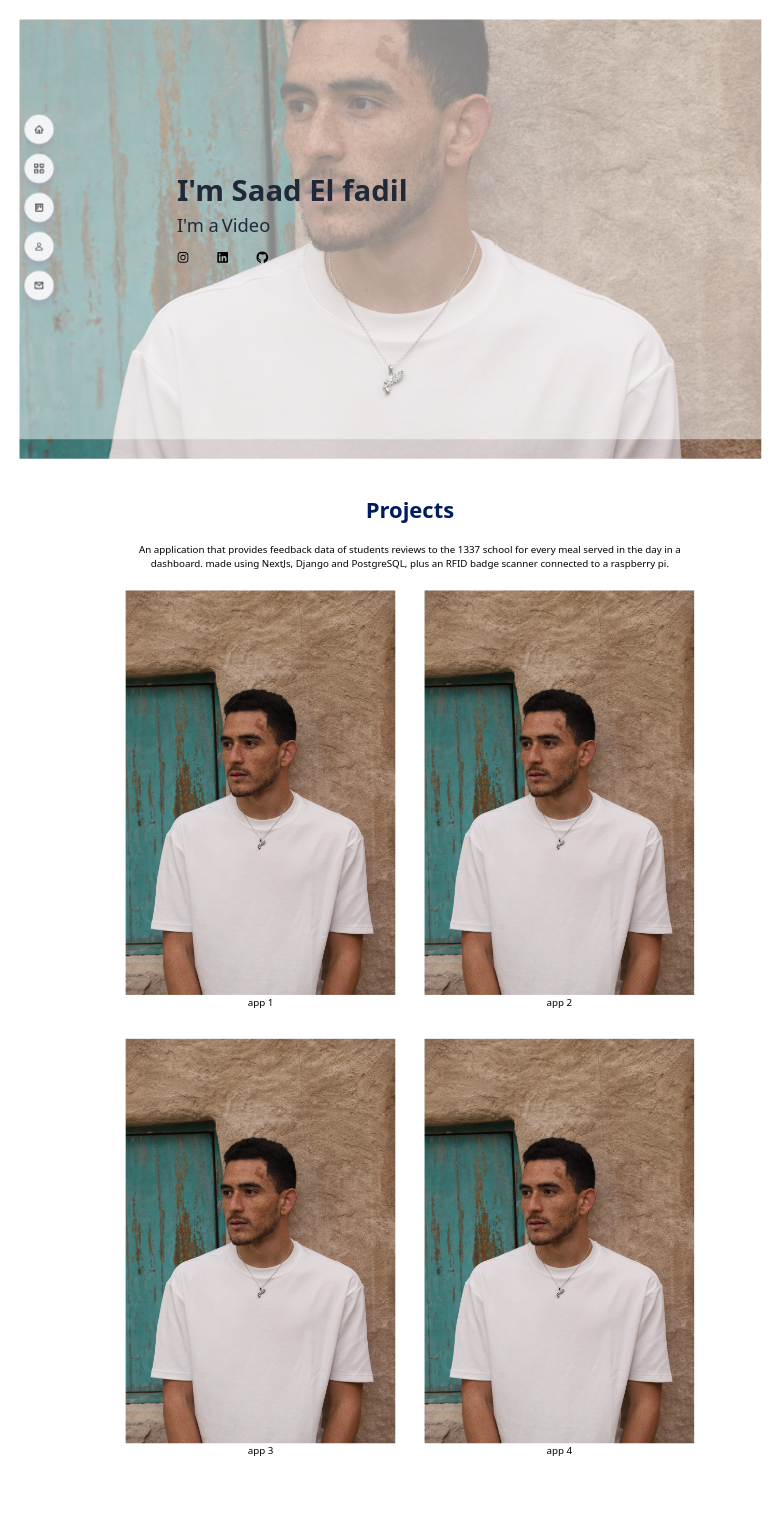
Repository: Saadelfadil/saadelfadil.github.io
Page: /
The author's editor kept a copy of each file at every save. The page is drawn from the files as they stood at one save, then again after a run of saves.
The browser window is 1280 px wide. The pictures show the whole page, at 61% of full size.
The project was rebuilt for these pictures with package versions that can differ from the ones it lists, and the page was loaded fresh each time. Also part of the build but not shown: vite.config.js.

Above is the page before, as saved 2023-02-26 18:03:34.

After the next 3 saves:
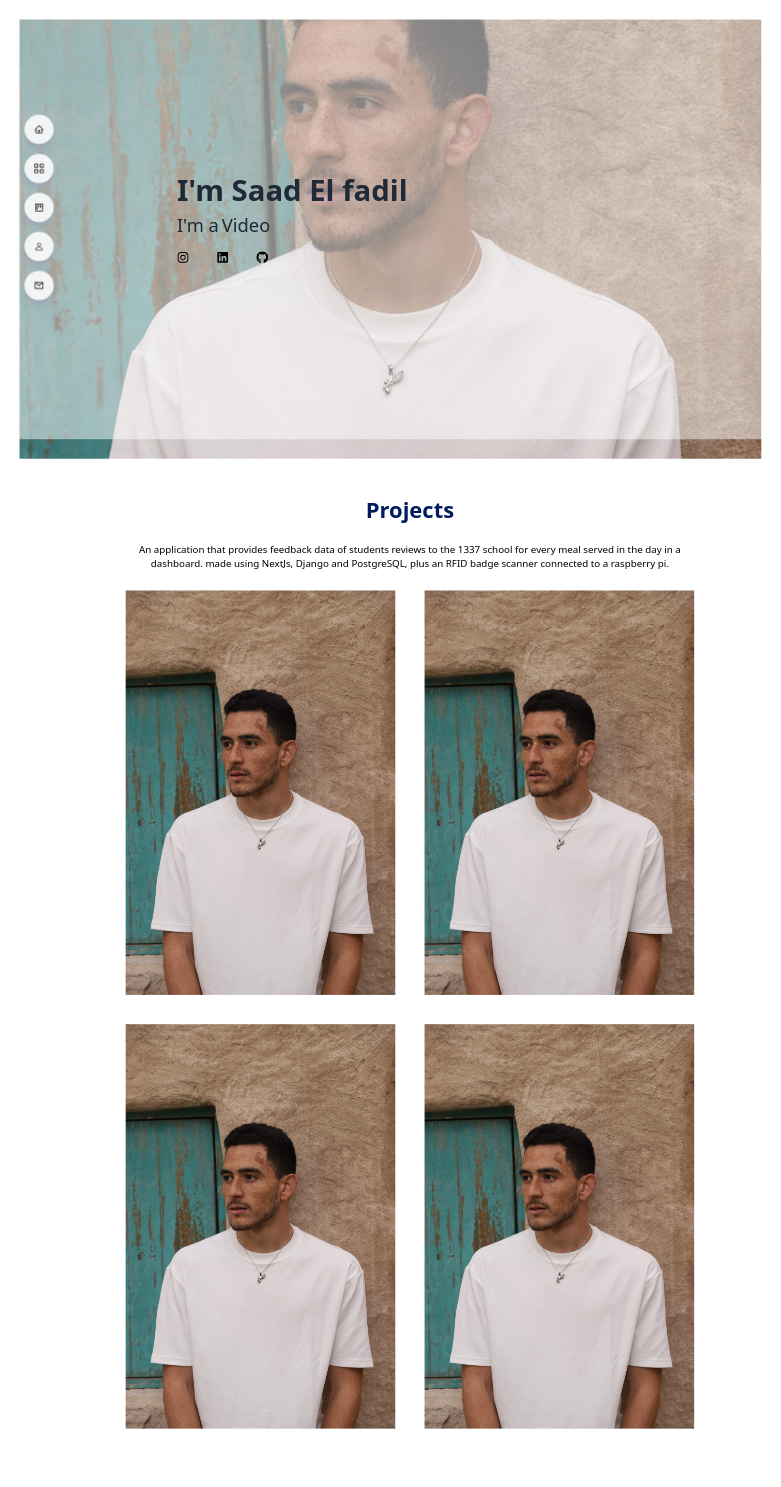
The 3 saves are shown as one change because they came seconds apart.
The last was saved 9 s later.
--- a/src/components/ProjectItem.jsx
+++ b/src/components/ProjectItem.jsx
@@ -4,7 +4,7 @@ const ProjectItem = ({img, title}) => {
   return (
     <div>
         <img src={img} alt="/" />
-        <div className="">
+        <div className="hidden">
             <h3>
                 {title}
             </h3>
